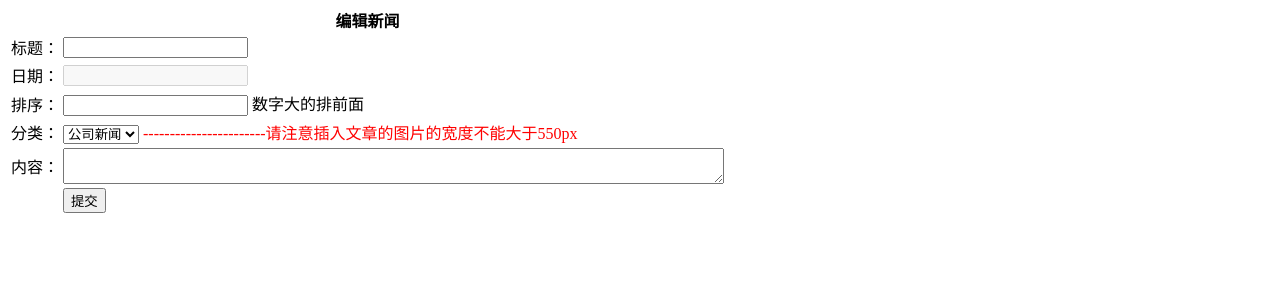
Repository: SolarHalo/dbe
Page: http://localhost/templates/admin/updatenews.php
An editor plug-in stored every save of this project. The page is shown before and after the next save, followed by the edit.
The browser window is 1280 px wide. The pictures show the whole page.
The page is run by PHP 8.4 with error messages shown; the project is at /var/www/html/.

Above is the page before, as saved 2013-03-21 03:13:56.
Console error: ReferenceError: $ is not defined

After the next save:
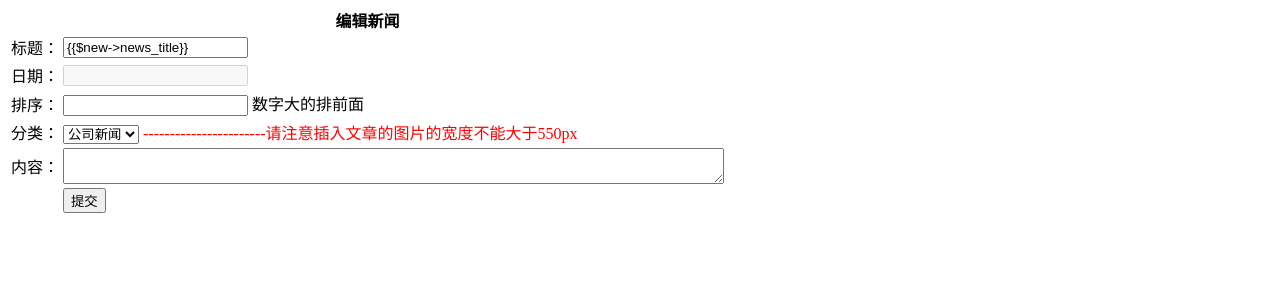
Saved 25 s later.
--- a/dbe/templates/admin/updatenews.php
+++ b/dbe/templates/admin/updatenews.php
@@ -7,7 +7,7 @@
 				<caption class="well"><strong>编辑新闻</strong></caption>
 					<tr>
 						<td><label class="control-label">标题：</label></td>
-						<td><input id="news_title" name="news_title" type="text"></td>
+						<td><input id="news_title" name="news_title" type="text" value="{{$new->news_title}}"></td>
 					</tr>
 					<tr>
 						<td><label class="control-label">日期：</label></td>
